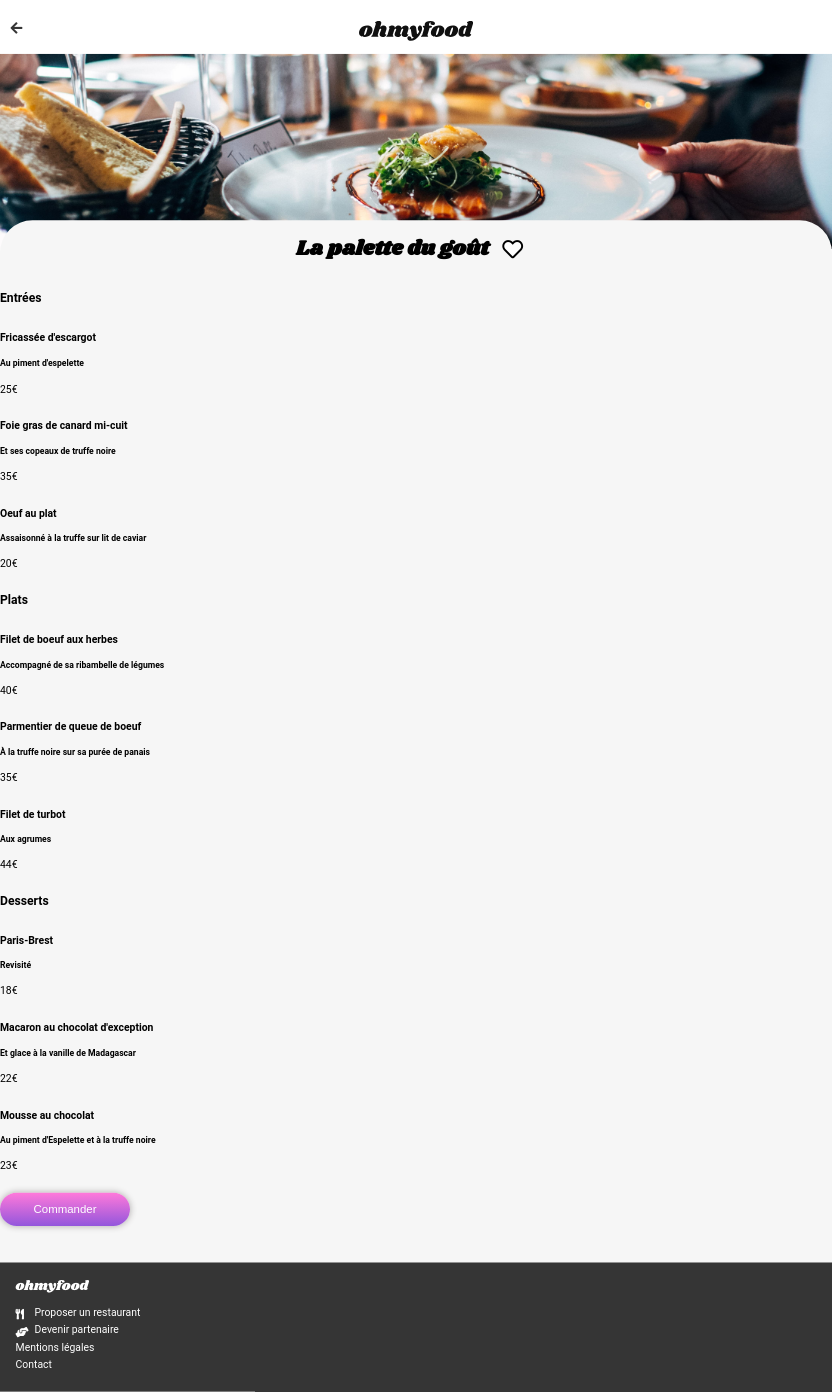
Repository: AlexisTisserand/AlexisTisserand_3_24112020
Page: menu-la-palette-du-gout.html
An editor plug-in stored every save of this project. The page is shown before and after the next save, followed by the edit.
The browser window is 1280 px wide. The pictures show the whole page, at 65% of full size.
Some web libraries are served in a nearby version. The style sheet was rebuilt from its Sass, Less or Tailwind sources for each picture, by a compiler version that may differ from the author's.

Above is the page before, as saved 2020-12-02 17:09:34.

After the next save:
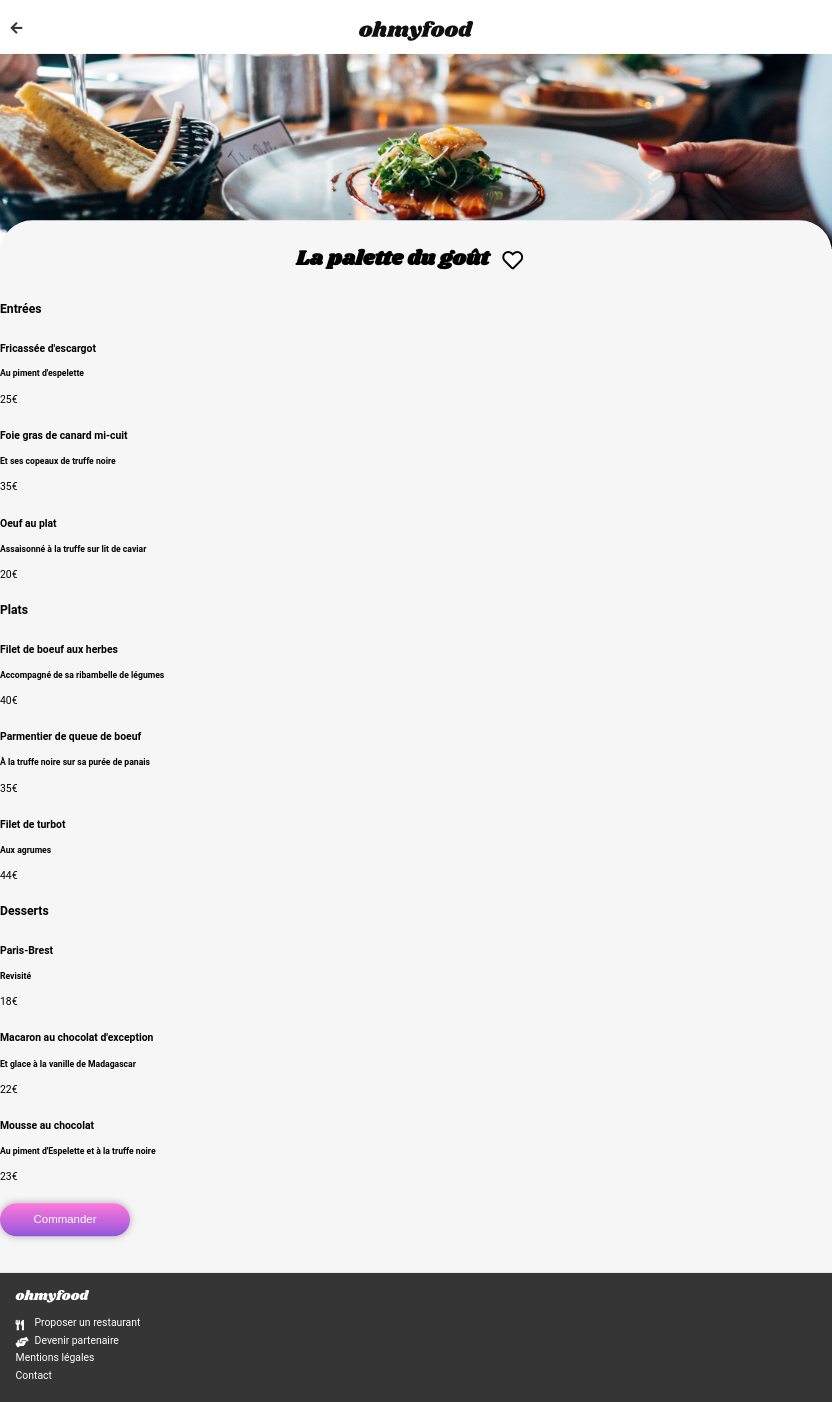
Saved 74 s later.
--- a/sass/style.scss
+++ b/sass/style.scss
@@ -413,6 +413,7 @@ header{
         flex-direction: row;
         justify-content: center;
         align-items: center;
+        margin-top: $size;
         h2{
             font-family: 'Shrikhand';
             font-size: $size + 1rem;
